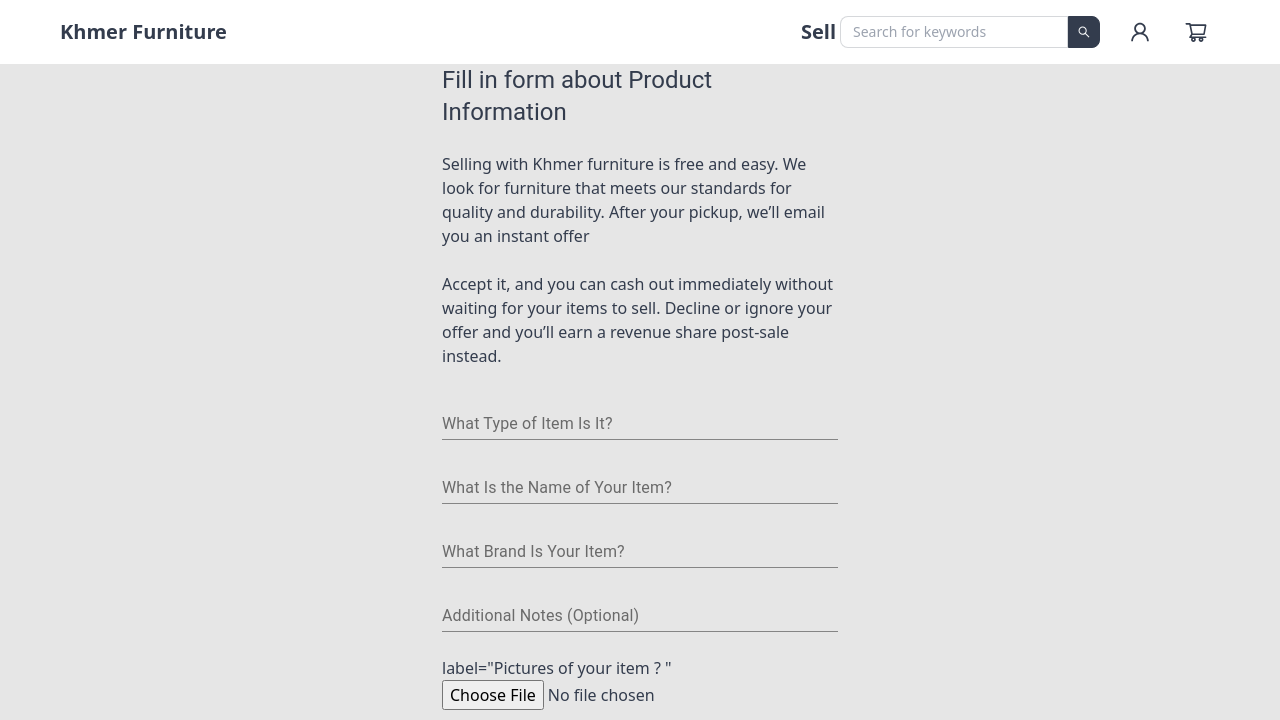
Repository: PlayerNguyen/dotot-shop
Page: /sell (app in client/)
The author's editor kept a copy of each file at every save. The page is drawn from the files as they stood at one save, then again after the next save.
The browser window is 1280 px wide. The pictures show the whole page.
An inner scrolling area shows only its first screen. The project was rebuilt for these pictures with package versions that can differ from the ones it lists, and the page was loaded fresh each time. Also part of the build but not shown: client/src/components/NoMatch/NoMatch.jsx, client/src/components/Sell/UserDetails.js, client/src/components/Sell/Confirmation.js, client/src/components/Sell/Success.js.

Above is the page before, as saved 2022-12-08 13:12:38.

### client/src/index.html
<!DOCTYPE html>
<html lang="en" data-theme="emerald">
  <head>
    <meta charset="UTF-8" />
    <meta http-equiv="X-UA-Compatible" content="IE=edge" />
    <meta name="viewport" content="width=device-width, initial-scale=1.0" />
    <title>dotot.com - Nơi mua bán đồ cũ</title>
    <link rel="stylesheet" href="./index.css" />
  </head>
  <body>
    <div id="app"></div>

    <script src="./index.js" type="module"></script>
  </body>
</html>

### client/src/index.js
import React, { Suspense } from "react";
import client from "react-dom/client";
import { BrowserRouter } from "react-router-dom";
import App from "./App";
import "./index.css";
const appElement = document.getElementById("app");
let root = client.createRoot(appElement);
import { Provider } from "react-redux";
import { store } from "./stores/globalStore";

root.render(
  <React.StrictMode>
    <BrowserRouter>
      <Provider store={store}>
        <App />
      </Provider>
    </BrowserRouter>
  </React.StrictMode>
);

### client/src/App.jsx
import React, { Suspense } from "react";
import { ToastContainer } from "react-toastify";
import { Link, Route, Routes } from "react-router-dom";
const Home = React.lazy(() => import("./components/Home/Home"));
const Credentials = React.lazy(() =>
  import("./components/Credentials/Credentials")
);
import "react-toastify/dist/ReactToastify.css";
const SignUp = React.lazy(() => import("./components/Credentials/SignUp"));
const SignIn = React.lazy(() => import("./components/Credentials/SignIn"));
import Navbar from "./components/Navbar/Navbar";
const SignOut = React.lazy(() => import("./components/Credentials/SignOut"));
const CredentialSelection = React.lazy(() =>
  import("./components/Credentials/CredentialSelection")
);

import NoMatch from "./components/NoMatch/NoMatch";
import Footer from "./components/Footer/Footer";

const Product = React.lazy(() => import("./components/Product/Product"));
const ProductView = React.lazy(() =>
  import("./components/Product/ProductView")
);
const Profile = React.lazy(() => import("./components/Profile/Profile"));
const ProfileGeneral = React.lazy(() =>
  import("./components/Profile/ProfileGeneral")
);
const RequestSignedIn = React.lazy(() =>
  import("./components/RequestSignedIn/RequestSignedIn")
);

import { AiFillHome, AiOutlineUser } from "react-icons/ai";
const Checkout = React.lazy(() => import("./components/Checkout/Checkout"));

import Sell from "./components/Sell/Sell";

export default function App() {
  return (
    <div className="drawer bg-base-200">
      <input id="app-drawer" type="checkbox" className="drawer-toggle" />

      <div className="drawer-content flex flex-col">
        {/* Navbar */}
        <Suspense>
          <Navbar />
        </Suspense>

        {/* Render home */}
        <Routes>
          <Route path="/">
            <Route
              index
              element={
                <Suspense>
                  <Home />
                </Suspense>
              }
            />
            <Route
              path="/users"
              element={
                <Suspense>
                  <Credentials />
                </Suspense>
              }
            >
              {/* TODO: check whether user is logged in or not, to put current */}
              <Route
                index
                element={
                  <Suspense>
                    <CredentialSelection />
                  </Suspense>
                }
              />
              <Route
                path="/users/sign-up"
                element={
                  <Suspense>
                    <SignUp />
                  </Suspense>
                }
              />
              <Route
                path="/users/sign-in"
                element={
                  <Suspense>
                    <SignIn />
                  </Suspense>
                }
              />
              <Route path="/users/sign-out" element={<SignOut />} />
            </Route>
            <Route
              path="/products"
              element={
                <Suspense>
                  <Product />
                </Suspense>
              }
            >
              <Route
                path=":productId"
                element={
                  <Suspense>
                    <ProductView />
                  </Suspense>
                }
              />
            </Route>
            <Route
              element={
                <Suspense>
                  <RequestSignedIn />
                </Suspense>
              }
            >
              <Route
                path="/profile"
                element={
                  <Suspense>
                    <Profile />
                  </Suspense>
                }
              >
                <Route
                  path="/profile/general"
                  element={
                    <Suspense>
                      <ProfileGeneral />
                    </Suspense>
                  }
                />
              </Route>
            </Route>
            <Route
              path="/checkout"
              element={
                <Suspense>
                  <Checkout />
                </Suspense>
              }
            ></Route>
            <Route path="/sell" element={<Sell />} />
            <Route path="*" element={<NoMatch />} />
          </Route>
        </Routes>

        {/* Footer */}
        <Footer />
      </div>
      {/* Drawer side */}
      <div className="drawer-side">
        <label htmlFor="app-drawer" className="drawer-overlay"></label>
        <ul className="menu p-4 overflow-y-auto w-80 bg-base-100">
          <li>
            <Link to="/" className="">
              <i>
                <AiFillHome />
              </i>
              <span>Home</span>
            </Link>
          </li>

          <li>
            <Link to="/profile">
              <i>
                <AiOutlineUser />
              </i>
              <span>Users</span>
            </Link>
          </li>
        </ul>
      </div>

      <ToastContainer />
    </div>
  );
}

### client/src/stores/globalStore.ts
import { configureStore } from "@reduxjs/toolkit";
import cartSliceReducer from "../slices/CartSlice";
export const store = configureStore({
  reducer: {
    cart: cartSliceReducer,
  },
});

// Infer the `RootState` and `AppDispatch` types from the store itself
export type RootState = ReturnType<typeof store.getState>;
// Inferred type: {posts: PostsState, comments: CommentsState, users: UsersState}
export type AppDispatch = typeof store.dispatch;

### client/src/components/Navbar/Navbar.jsx
import { useState } from "react";
import {
  AiFillSetting,
  AiOutlineSearch,
  AiOutlineShoppingCart,
  AiOutlineUser,
} from "react-icons/ai";
import { ImExit } from "react-icons/im";
import { FiMenu } from "react-icons/fi";
import { Link } from "react-router-dom";

export default function Navbar() {
  const [cartSize, setCartSize] = useState(0);
  const [signedIn, setSignedIn] = useState(false);

  useState(() => {
    setSignedIn(localStorage.getItem("token") !== null);
  }, [localStorage]);

  return (
    <div className="navbar bg-base-100 lg:px-12">
      {/* Navbar start section */}
      <div className="flex flex-row lg:hidden">
        <label htmlFor="app-drawer" className="drawer-button btn btn-ghost">
          <FiMenu className="text-xl" />
        </label>
      </div>

      <div className="flex-1 px-3">
        <Link to="/">
          <h1 className="text-xl font-bold">Khmer Furniture</h1>
        </Link>
      </div>

      {/* Wide screen  */}
      <div className="hidden lg:flex flex-row gap-1 text-2xl">
      <Link to="/sell">
          <h1 className="text-xl font-bold ">Sell </h1>
          <span></span>
        </Link>
        {/* Search group */}
        <div>
          <div className=" input-group">
            <input
              className="input input-bordered input-sm"
              placeholder="Search for keywords"
            />
            <button className="btn btn-square btn-sm">
              <AiOutlineSearch />
            </button>
          </div>
        </div>
        {/* Link group */}
        <div className="menu menu-horizontal p-2 rounded-box text-md">
          {!signedIn ? (
            <li>
              <Link to={"/users/"}>
                <AiOutlineUser />
              </Link>
            </li>
          ) : (
            <li>
              <div className="dropdown dropdown-end dropdown-hover block">
                <label tabIndex={0}>
                  <AiOutlineUser />
                </label>
                <ul
                  tabIndex={0}
                  className="menu dropdown-content p-2 shadow bg-base-100 rounded-box w-52 mt-4 text-sm"
                >
                  <li className="block">
                    <Link to="/profile">
                      <AiFillSetting />
                      Profile
                    </Link>
                  </li>
                  <li className="block">
                    <Link to={`/users/sign-out`}>
                      <ImExit />
                      Sign out
                    </Link>
                  </li>
                </ul>
              </div>
            </li>
          )}

          <li>
            <Link to={"/checkout"} className="relative">
              <AiOutlineShoppingCart />
              {cartSize && cartSize > 0 ? (
                <span className="text-sm ">{cartSize}</span>
              ) : null}
            </Link>
          </li>
        </div>
      </div>

      {/* For small screen */}
      <div className="lg:hidden">
        <div className="menu menu-horizontal p-2 rounded-box text-xl">
          {/* Shopping cart */}
          <li>
            <a className="relative">
              <span>
                <AiOutlineShoppingCart />
              </span>
              {cartSize && cartSize > 0 ? (
                <span className="absolute text-sm left-2 top-2 bg-red-400 px-2 rounded-full text-white">
                  {cartSize}
                </span>
              ) : null}
            </a>
          </li>
          {/* Search */}
          <li>
            <a className="relative">
              <AiOutlineSearch />
            </a>
          </li>
        </div>
      </div>
    </div>
  );
}

### client/src/components/Footer/Footer.jsx
import React from "react";
import { AiFillFacebook, AiFillPhone } from "react-icons/ai";

export default function Footer() {
  return (
    <div className="footer-wrapper bg-zinc-800 text-zinc-100 md:px-12">
      <footer className="footer p-12 min-h-[20vh] flex flex-col gap-4 sm:flex-row  sm:gap-10">
        <div className="flex flex-col gap-1 flex-1">
          {/* <div className="font-bold text-2xl">General</div> */}
          <div className={`font-bold text-2xl`}>Contact</div>

          <div>
            <div className="flex flex-row gap-2">
              <span>
                <AiFillPhone />
              </span>
              <span className="text-zinc-400">(+84) 123456789</span>
            </div>
            {/* Social medias */}
            <div className="flex flex-row text-2xl my-1">
              <div>
                <AiFillFacebook />
              </div>
              <div>
                <AiFillFacebook />
              </div>
            </div>
          </div>
        </div>

        <div className="flex-1">
          <div className="text-2xl font-bold">References</div>
          <div className="text-zinc-400">
            <div>Policies</div>
            <div>Exchange and Refurbish</div>
            <div>Warranty</div>
          </div>
        </div>
      </footer>
    </div>
  );
}

### client/src/components/Sell/Sell.jsx
import React, { Component } from 'react'
import ProductDetails from './ProductDetails';
import UserDetails from './UserDetails';
import Confirmation from './Confirmation';
import Success from './Success';

export default class Sell extends Component{

  state = {
    step: 1,
    category: '',
    productName: '',
    brandName: '',
    firstName: '',
    lastName: '',
    country: '',
    levelOfEducation: '',
  }

  // go back to previous step
  prevStep = () => {
    const { step } = this.state;
    this.setState({ step: step - 1 });
  }

  // proceed to the next step
  nextStep = () => {
    const { step } = this.state;
    this.setState({ step: step + 1 });
  }

  // Handle fields change
  handleChange = input => e => {
    this.setState({ [input]: e.target.value });
  }

  render() {
    const { step } = this.state;
    const { category, productName, brandName, firstName, lastName, country, levelOfEducation } = this.state;
    const values = { category, productName, brandName, firstName, lastName, country, levelOfEducation }

    switch(step) {
      case 1:
        return (
          <ProductDetails
            nextStep={ this.nextStep }
            handleChange={ this.handleChange }
            values={ values }
          />
        )
      case 2:
        return (
          <UserDetails
            prevStep={ this.prevStep }
            nextStep={ this.nextStep }
            handleChange={ this.handleChange }
            values={ values }
          />
        )
      case 3:
          return (
            <Confirmation
              prevStep={ this.prevStep }
              nextStep={ this.nextStep }
              values={ values }
            />
          )
        case 4:
          return (
            <Success />
          )
      default:
          // do nothing
    }
  }

}

### client/src/slices/CartSlice.ts
import { createSlice } from "@reduxjs/toolkit";
import type { PayloadAction } from "@reduxjs/toolkit";

const cart = localStorage.getItem(
  process.env.CART_ITEM_KEY_NAME ? process.env.CART_ITEM_KEY_NAME : "cartItems"
);
const initialState = {
  items: cart ? JSON.parse(cart) : new Set(),
};

const CartSlice = createSlice({
  name: "Cart",
  initialState,
  reducers: {
    addCartItem: (state, action: PayloadAction<string>) => {
      if (!state.items.includes(action.payload)) {
        state.items = [...state.items, action.payload];
      }
    },
    removeCartItem: (state, action: PayloadAction<string>) => {
      state.items = [...state.items].filter((ele) => ele !== action.payload);
    },
    clearCartItem: (state) => {
      state.items = [];
    },
  },
});

export const { addCartItem, removeCartItem, clearCartItem } = CartSlice.actions;

export default CartSlice.reducer;

### client/src/components/Sell/ProductDetails.js
import React from 'react'
// import { makeStyles } from '@material-ui/core/styles';
import { Container, Typography, Grid, TextField, Button } from '@material-ui/core'
import { useForm } from "react-hook-form";


const ProductDetails = ({ nextStep, handleChange, values }) => {

    // for continue event listener
    const Continue = e => {
      e.preventDefault();
      nextStep();
    }
    //for upload pictures
    const { register, handleSubmit } = useForm();

    const onSubmit = async (data) => {
        const formData = new FormData();
        formData.append("file", data.file[0]);

        const res = await fetch("http://localhost:5000/upload-file", {
            method: "POST",
            body: formData,
        }).then((res) => res.json());
        alert(JSON.stringify(`${res.message}, status: ${res.status}`));
    };

    return (
      <Container  component="main" maxWidth="xs">
        <div>
          <Typography  component="h1" variant="h5" className='content-center '>
           Fill in form about Product Information
          </Typography>
          <br/>
          <div> Selling with Khmer furniture is free and easy. We look for furniture that meets our standards for quality and durability.
          After your pickup, we’ll email you an instant offer </div>
          <br/>
          <div> Accept it, and you can cash out immediately without waiting for your items to sell.
           Decline or ignore your offer and you’ll earn a revenue share post-sale instead.</div>
           <br/>
          <form>
            <Grid container spacing={2}>
                {/* Category */}
                <Grid item xs={12}>
                  <TextField
                    placeholder="Category type"
                    label="What Type of Item Is It?"
                    onChange={handleChange('category')}
                    defaultValue={values.category}
                    // variant="outlined"
                    // autoComplete="chair"
                    fullWidth
                  />
                </Grid>
                <br />
                {/* Product Name */}
                <Grid item xs={12}>
                  <TextField
                    placeholder="Product Name "
                    label="What Is the Name of Your Item?"
                    onChange={handleChange('productName')}
                    defaultValue={values.productName}
                    // variant="outlined"
                    // autoComplete="productName"
                    fullWidth
                  />
                </Grid>
                <br />
                {/* Brand Name */}
                <Grid item xs={12}>
                  <TextField
                    placeholder="Brand Name"
                    label="What Brand Is Your Item? "
                    onChange={handleChange('brandName')}
                    defaultValue={values.brandName}
                    // variant="outlined"
                    // autoComplete="password"
                    fullWidth
                    // type="password"
                  />
                </Grid>
                  {/* Additional Notes */}
              <Grid item xs={12}>
                <TextField
                  placeholder="Additional Notes (Optional)"
                  label="Additional Notes (Optional)"
                  onChange={handleChange('levelOfEducation')}
                  defaultValue={values.levelOfEducation}
                  autoComplete="Level of Education"
                  fullWidth
                />
              </Grid>
            </Grid>
            <br />
            <form onSubmit={handleSubmit(onSubmit)}>
                <div> label="Pictures of your item ? " </div>
                <input type="file" {...register("file")} />
            </form>
            <br />

            <Button
              onClick={ Continue }
              type="submit"
              fullWidth
              variant="contained"
              color="primary"
            >
              Next
            </Button>
          </form>
        </div>
        <br/>
      </Container>
    )
  }

  export default ProductDetails

### client/tailwind.config.js
/** @type {import('tailwindcss').Config} */
module.exports = {
  content: ["./src/**/*.{html,js,ts,jsx,tsx}"],
  theme: {
    extend: {},
  },
  plugins: [require("daisyui")],
  // daisyUI config (optional)
  daisyui: {
    styled: true,
    themes: true,
    base: true,
    utils: true,
    logs: true,
    rtl: false,
    prefix: "",
    darkTheme: "dark",
  },
};

Loaded but not shown: client/src/index.css (common file)

After the next save:
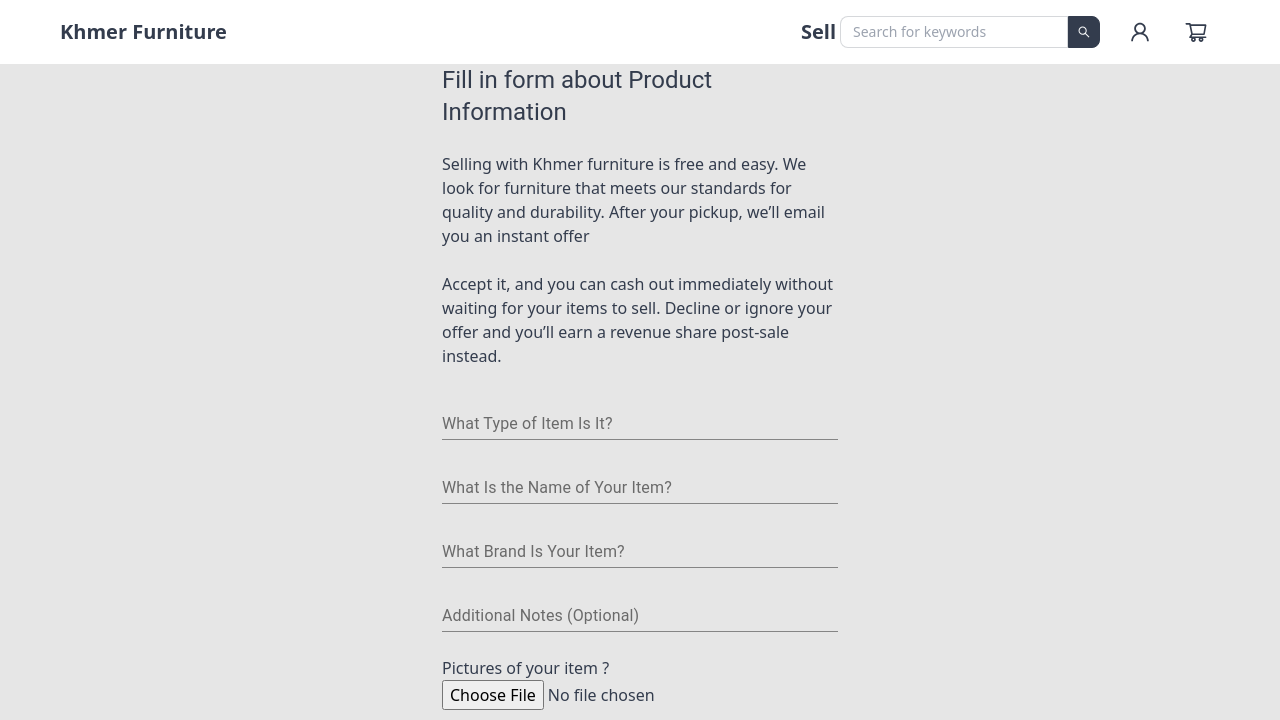
Saved 7 s later.
--- a/client/src/components/Sell/ProductDetails.js
+++ b/client/src/components/Sell/ProductDetails.js
@@ -93,7 +93,7 @@ const ProductDetails = ({ nextStep, handleChange, values }) => {
             </Grid>
             <br />
             <form onSubmit={handleSubmit(onSubmit)}>
-                <div> label="Pictures of your item ? " </div>
+                <div> Pictures of your item ? </div>
                 <input type="file" {...register("file")} />
             </form>
             <br />
